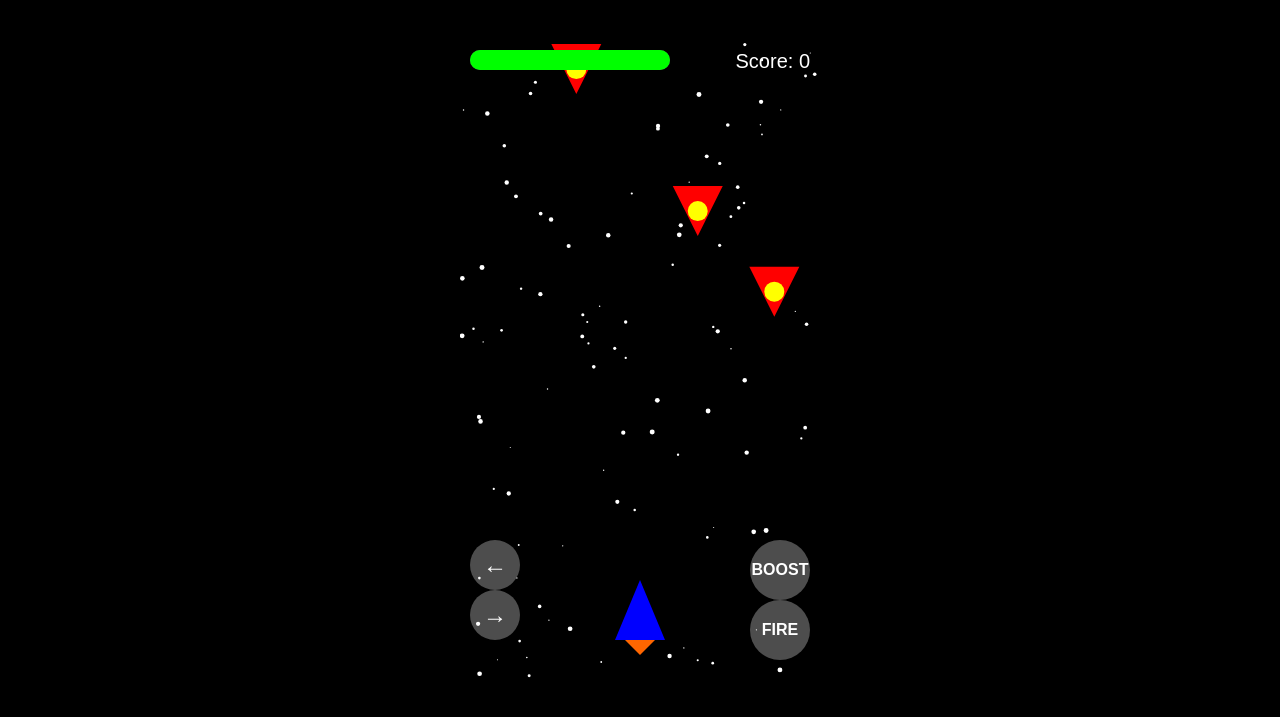
Repository: BiranOrundas/space-shooter
Page: space-shooter.html
These files come from the project's save history. The page is drawn as it stood at one moment and after the next save; the edit follows.
The browser window is 1280 px wide. The pictures show the whole page.

Above is the page before, as saved 2025-03-13 13:02:53.

### space-shooter.html
<!DOCTYPE html>
<html lang="en">
<head>
  <meta charset="UTF-8">
  <meta name="viewport" content="width=device-width, initial-scale=1.0">
  <title>Space Shooter</title>
  <style>
    body {
      margin: 0;
      overflow: hidden;
      touch-action: none;
      font-family: Arial, sans-serif;
      background-color: #000;
      display: flex;
      justify-content: center;
      align-items: center;
      height: 100vh;
    }

    #game-container {
      position: relative;
      width: 360px;
      height: 640px;
      background-color: #000;
      overflow: hidden;
      touch-action: none;
    }

    #game-canvas {
      width: 100%;
      height: 100%;
    }

    #controls {
      position: absolute;
      bottom: 20px;
      left: 0;
      width: 100%;
      display: flex;
      justify-content: space-between;
      z-index: 10;
    }

    .direction-btn {
      width: 50px;
      height: 50px;
      background-color: rgba(255, 255, 255, 0.3);
      border-radius: 50%;
      display: flex;
      justify-content: center;
      align-items: center;
      color: white;
      font-weight: bold;
      font-size: 24px;
      user-select: none;
      margin: 0 10px;
    }

    .action-btn {
      width: 60px;
      height: 60px;
      background-color: rgba(255, 255, 255, 0.3);
      border-radius: 50%;
      display: flex;
      justify-content: center;
      align-items: center;
      color: white;
      font-weight: bold;
      font-size: 16px;
      user-select: none;
      margin: 0 10px;
    }

    #life-bar-container {
      position: absolute;
      top: 10px;
      left: 10px;
      width: 200px;
      height: 20px;
      background-color: rgba(255, 255, 255, 0.3);
      border-radius: 10px;
    }

    #life-bar {
      height: 100%;
      width: 100%;
      background-color: #0f0;
      border-radius: 10px;
      transition: width 0.3s;
    }

    #score {
      position: absolute;
      top: 10px;
      right: 10px;
      color: white;
      font-size: 20px;
    }

    #game-over {
      position: absolute;
      top: 0;
      left: 0;
      width: 100%;
      height: 100%;
      background-color: rgba(0, 0, 0, 0.8);
      display: none;
      flex-direction: column;
      justify-content: center;
      align-items: center;
      color: white;
      font-size: 30px;
      z-index: 20;
    }

    #restart-btn {
      margin-top: 20px;
      padding: 10px 20px;
      background-color: #0f0;
      color: black;
      border: none;
      border-radius: 5px;
      font-size: 18px;
      cursor: pointer;
    }

    .star {
      position: absolute;
      background-color: white;
      border-radius: 50%;
    }
  </style>
</head>
<body>
  <div id="game-container">
    <div id="life-bar-container">
      <div id="life-bar"></div>
    </div>
    <div id="score">Score: 0</div>
    <canvas id="game-canvas"></canvas>

    <div id="controls">
      <div id="movement-controls">
        <div class="direction-btn" id="left-btn">←</div>
        <div class="direction-btn" id="right-btn">→</div>
      </div>
      <div id="action-controls">
        <div class="action-btn" id="boost-btn">BOOST</div>
        <div class="action-btn" id="shoot-btn">FIRE</div>
      </div>
    </div>

    <div id="game-over">
      <div>GAME OVER</div>
      <div id="final-score">Score: 0</div>
      <button id="restart-btn">Restart</button>
    </div>
  </div>

  <script>
    // Game setup
    const canvas = document.getElementById('game-canvas');
    const ctx = canvas.getContext('2d');

    // Set canvas dimensions to match container
    const container = document.getElementById('game-container');
    canvas.width = container.clientWidth;
    canvas.height = container.clientHeight;

    // Game variables
    let score = 0;
    let gameOver = false;
    let animationId;

    // Player variables
    const player = {
      x: canvas.width / 2 - 25,
      y: canvas.height - 100,
      width: 50,
      height: 60,
      speed: 5,
      boostedSpeed: 10,
      isBoosting: false,
      life: 100,
      color: '#00f',
      cooldown: 0,
      lastShot: 0
    };

    // Game elements arrays
    const bullets = [];
    const enemies = [];
    const stars = [];

    // Control variables
    let leftPressed = false;
    let rightPressed = false;
    let shootPressed = false;
    let boostPressed = false;

    // Generate stars for background
    function createStars() {
      const starCount = 100;
      for (let i = 0; i < starCount; i++) {
        stars.push({
          x: Math.random() * canvas.width,
          y: Math.random() * canvas.height,
          size: Math.random() * 2 + 0.5,
          speed: Math.random() * 2 + 0.9
        });
      }
    }

    if(boostPressed === true){
        function createStars() {
      const starCount = 100;
      for (let i = 0; i < starCount; i++) {
        stars.push({
          x: Math.random() * canvas.width,
          y: Math.random() * canvas.height,
          size: Math.random() * 2 + 0.5,
          speed: Math.random() * 2 + 3.9
        });
      }
    }
        }else{

        }

    // Draw player's spaceship
    function drawPlayer() {
      // Draw player ship
      ctx.fillStyle = player.color;

      // Ship body
      ctx.beginPath();
      ctx.moveTo(player.x + player.width / 2, player.y);
      ctx.lineTo(player.x + player.width, player.y + player.height);
      ctx.lineTo(player.x, player.y + player.height);
      ctx.closePath();
      ctx.fill();

      // Engine flames
      if (player.isBoosting) {
        ctx.fillStyle = '#ff0';
      } else {
        ctx.fillStyle = '#f60';
      }

      const flameHeight = player.isBoosting ? 30 : 15;
      ctx.beginPath();
      ctx.moveTo(player.x + 10, player.y + player.height);
      ctx.lineTo(player.x + player.width / 2, player.y + player.height + flameHeight);
      ctx.lineTo(player.x + player.width - 10, player.y + player.height);
      ctx.closePath();
      ctx.fill();
    }

    // Create a bullet
    function shootBullet() {
      const now = Date.now();
      if (now - player.lastShot > 300) { // Cooldown in ms
        bullets.push({
          x: player.x + player.width / 2 - 3,
          y: player.y,
          width: 1,
          height: 15,
          speed: 10,
          color: '#f00'
        });
        player.lastShot = now;
      }
    }

    // Draw bullets
    function drawBullets() {
      bullets.forEach(bullet => {
        ctx.fillStyle = bullet.color;
        ctx.fillRect(bullet.x, bullet.y, bullet.width, bullet.height);
      });
    }

    // Create enemy ships
    function spawnEnemy() {
      if (Math.random() < 0.02 && !gameOver) {
        enemies.push({
          x: Math.random() * (canvas.width - 50),
          y: -50,
          width: 50,
          height: 50,
          speed: Math.random() * 2 + 1
        });
      }
    }

    // Draw enemy ships
    function drawEnemies() {
      enemies.forEach(enemy => {
        // Enemy ship body
        ctx.fillStyle = '#f00';
        ctx.beginPath();
        ctx.moveTo(enemy.x + enemy.width / 2, enemy.y + enemy.height);
        ctx.lineTo(enemy.x + enemy.width, enemy.y);
        ctx.lineTo(enemy.x, enemy.y);
        ctx.closePath();
        ctx.fill();

        // Enemy details
        ctx.fillStyle = '#ff0';
        ctx.beginPath();
        ctx.arc(enemy.x + enemy.width / 2, enemy.y + enemy.height / 2, 10, 0, Math.PI * 2);
        ctx.fill();
      });
    }

    // Draw stars background
    function drawStars() {
      ctx.fillStyle = 'white';
      stars.forEach(star => {
        ctx.beginPath();
        ctx.arc(star.x, star.y, star.size, 0, Math.PI * 2);
        ctx.fill();
      });
    }

    // Update star positions
    function updateStars() {
      stars.forEach(star => {
        star.y += star.speed;
        if (star.y > canvas.height) {
          star.y = 0;
          star.x = Math.random() * canvas.width;
        }
      });
    }

    // Update game elements
    function updateGameElements() {
      // Update player position
      if (leftPressed && player.x > 0) {
        player.x -= player.isBoosting ? player.boostedSpeed : player.speed;
      }
      if (rightPressed && player.x < canvas.width - player.width) {
        player.x += player.isBoosting ? player.boostedSpeed : player.speed;
      }

      // Update bullets
      for (let i = 0; i < bullets.length; i++) {
        bullets[i].y -= bullets[i].speed;

        // Remove bullets that are off screen
        if (bullets[i].y < 0) {
          bullets.splice(i, 1);
          i--;
        }
      }

      // Update enemies
      for (let i = 0; i < enemies.length; i++) {
        enemies[i].y += enemies[i].speed;

        // Check for collision with player
        if (
          player.x < enemies[i].x + enemies[i].width &&
          player.x + player.width > enemies[i].x &&
          player.y < enemies[i].y + enemies[i].height &&
          player.y + player.height > enemies[i].y
        ) {
          // Player hit by enemy
          player.life -= 30;
          updateLifeBar();

          // Remove enemy
          enemies.splice(i, 1);
          i--;

          // Check game over
          if (player.life <= 0) {
            endGame();
          }

          continue;
        }

        // Check for bullets hitting enemies
        for (let j = 0; j < bullets.length; j++) {
          if (
            bullets[j].x < enemies[i].x + enemies[i].width &&
            bullets[j].x + bullets[j].width > enemies[i].x &&
            bullets[j].y < enemies[i].y + enemies[i].height &&
            bullets[j].y + bullets[j].height > enemies[i].y
          ) {
            // Enemy hit by bullet
            score += 10;
            updateScore();

            // Remove enemy and bullet
            enemies.splice(i, 1);
            bullets.splice(j, 1);
            i--;
            break;
          }
        }

        // Remove enemies that are off screen
        if (enemies[i] && enemies[i].y > canvas.height) {
          enemies.splice(i, 1);
          i--;
        }
      }
    }

    // Update life bar
    function updateLifeBar() {
      const lifeBar = document.getElementById('life-bar');
      lifeBar.style.width = `${player.life}%`;

      // Change color based on life
      if (player.life > 60) {
        lifeBar.style.backgroundColor = '#0f0';
      } else if (player.life > 30) {
        lifeBar.style.backgroundColor = '#ff0';
      } else {
        lifeBar.style.backgroundColor = '#f00';
      }
    }

    // Update score display
    function updateScore() {
      document.getElementById('score').textContent = `Score: ${score}`;
    }

    // Game over
    function endGame() {
      gameOver = true;
      document.getElementById('game-over').style.display = 'flex';
      document.getElementById('final-score').textContent = `Score: ${score}`;
      cancelAnimationFrame(animationId);
    }

    // Main game loop
    function gameLoop() {
      // Clear canvas
      ctx.fillStyle = '#000';
      ctx.fillRect(0, 0, canvas.width, canvas.height);

      // Draw stars
      drawStars();
      updateStars();

      // Spawn enemies
      spawnEnemy();

      // Update game elements
      updateGameElements();

      // Fire bullet if shoot button is pressed
      if (shootPressed) {
        shootBullet();
      }

      // Draw game elements
      drawPlayer();
      drawBullets();
      drawEnemies();

      // Continue game loop
      if (!gameOver) {
        animationId = requestAnimationFrame(gameLoop);
      }
    }

    // Event listeners for keyboard controls
    document.addEventListener('keydown', (e) => {
      if (e.key === 'ArrowLeft' || e.key === 'a') leftPressed = true;
      if (e.key === 'ArrowRight' || e.key === 'd') rightPressed = true;
      if (e.key === ' ' || e.key === 'Enter') shootPressed = true;
      if (e.key === 'Shift') {
        boostPressed = true;
        player.isBoosting = true;
      }
    });

    document.addEventListener('keyup', (e) => {
      if (e.key === 'ArrowLeft' || e.key === 'a') leftPressed = false;
      if (e.key === 'ArrowRight' || e.key === 'd') rightPressed = false;
      if (e.key === ' ' || e.key === 'Enter') shootPressed = false;
      if (e.key === 'Shift') {
        boostPressed = false;
        player.isBoosting = false;
      }
    });

    // Touch controls
    const leftBtn = document.getElementById('left-btn');
    const rightBtn = document.getElementById('right-btn');
    const shootBtn = document.getElementById('shoot-btn');
    const boostBtn = document.getElementById('boost-btn');

    leftBtn.addEventListener('touchstart', (e) => {
      e.preventDefault();
      leftPressed = true;
    });

    leftBtn.addEventListener('touchend', (e) => {
      e.preventDefault();
      leftPressed = false;
    });

    rightBtn.addEventListener('touchstart', (e) => {
      e.preventDefault();
      rightPressed = true;
    });

    rightBtn.addEventListener('touchend', (e) => {
      e.preventDefault();
      rightPressed = false;
    });

    shootBtn.addEventListener('touchstart', (e) => {
      e.preventDefault();
      shootPressed = true;
    });

    shootBtn.addEventListener('touchend', (e) => {
      e.preventDefault();
      shootPressed = false;
    });

    boostBtn.addEventListener('touchstart', (e) => {
      e.preventDefault();
      boostPressed = true;
      player.isBoosting = true;
    });

    boostBtn.addEventListener('touchend', (e) => {
      e.preventDefault();
      boostPressed = false;
      player.isBoosting = false;
    });

    // Mouse controls (for testing on desktop)
    leftBtn.addEventListener('mousedown', () => {
      leftPressed = true;
    });

    leftBtn.addEventListener('mouseup', () => {
      leftPressed = false;
    });

    rightBtn.addEventListener('mousedown', () => {
      rightPressed = true;
    });

    rightBtn.addEventListener('mouseup', () => {
      rightPressed = false;
    });

    shootBtn.addEventListener('mousedown', () => {
      shootPressed = true;
    });

    shootBtn.addEventListener('mouseup', () => {
      shootPressed = false;
    });

    boostBtn.addEventListener('mousedown', () => {
      boostPressed = true;
      player.isBoosting = true;
    });

    boostBtn.addEventListener('mouseup', () => {
      boostPressed = false;
      player.isBoosting = false;
    });

    // Restart game
    document.getElementById('restart-btn').addEventListener('click', () => {
      // Reset game state
      score = 0;
      gameOver = false;
      player.life = 100;
      player.x = canvas.width / 2 - 25;
      player.y = canvas.height - 100;
      player.isBoosting = false;

      // Clear arrays
      bullets.length = 0;
      enemies.length = 0;

      // Update UI
      updateScore();
      updateLifeBar();

      // Hide game over screen
      document.getElementById('game-over').style.display = 'none';

      // Start game loop
      gameLoop();
    });

    // Initialize game
    function initGame() {
      createStars();
      updateLifeBar();
      gameLoop();
    }

    // Start the game
    window.addEventListener('load', initGame);
  </script>
</body>
</html>

After the next save:
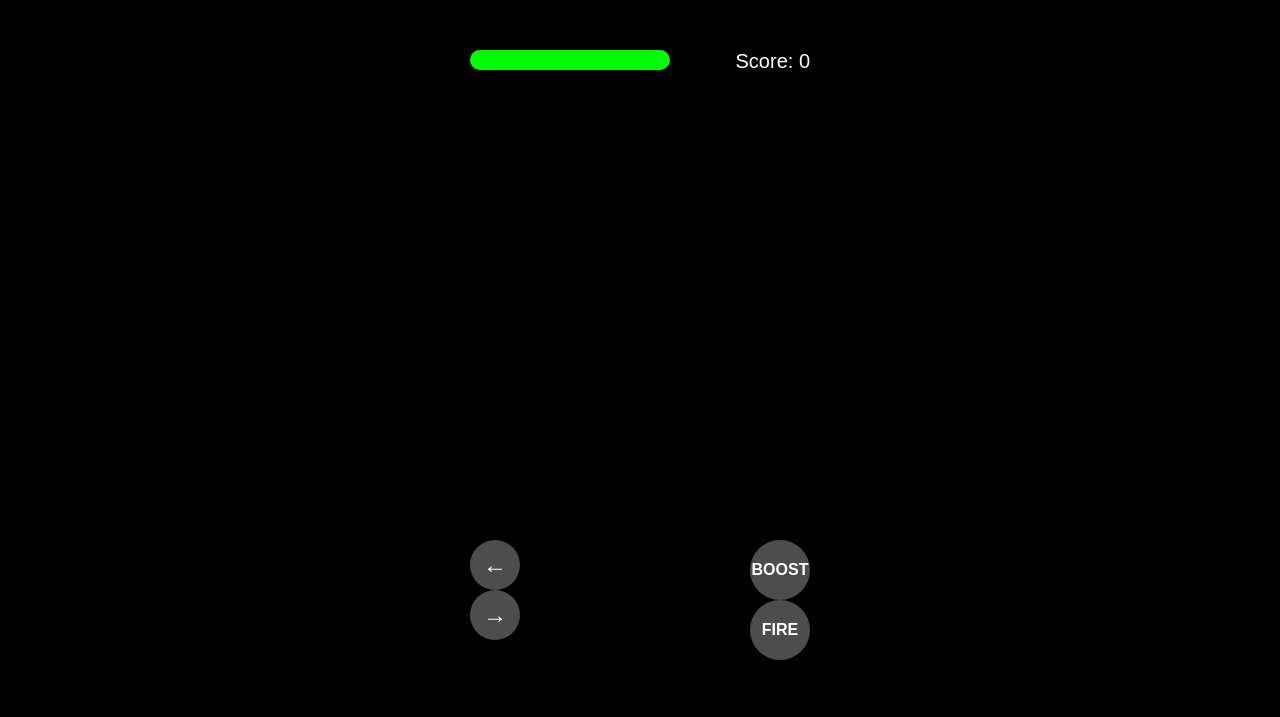
Console error: SyntaxError: Unexpected token ':'
Saved 2 min 6 s later.
--- a/space-shooter.html
+++ b/space-shooter.html
@@ -211,21 +211,11 @@
       }
     }
 
-    if(boostPressed === true){
-        function createStars() {
-      const starCount = 100;
-      for (let i = 0; i < starCount; i++) {
-        stars.push({
-          x: Math.random() * canvas.width,
-          y: Math.random() * canvas.height,
-          size: Math.random() * 2 + 0.5,
-          speed: Math.random() * 2 + 3.9
-        });
-      }
-    }
-        }else{
-
-        }
+    if (player.isBoosting) {
+        stars.speed: Math.random() * 2 + 3.9
+      } else {
+        ctx.fillStyle = '#f60';
+      }
 
     // Draw player's spaceship
     function drawPlayer() {

After the save that followed:
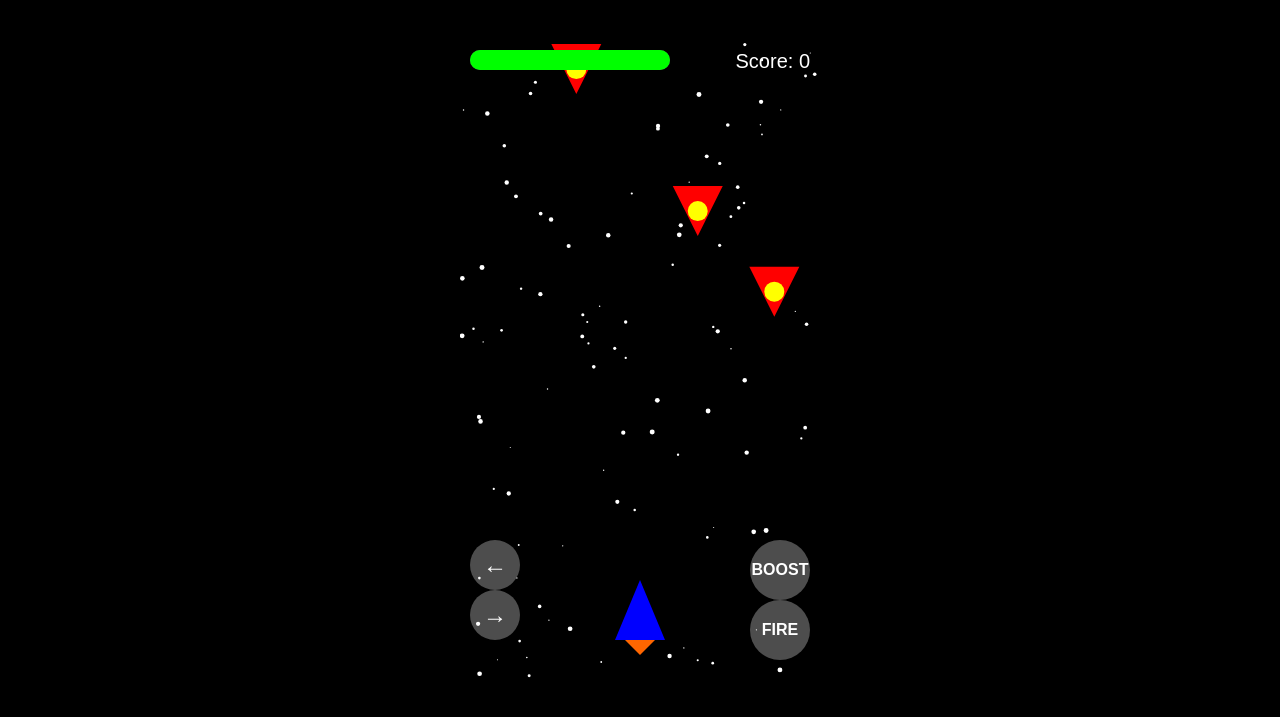
The error is gone.
Saved 22 s later.
--- a/space-shooter.html
+++ b/space-shooter.html
@@ -212,7 +212,13 @@
     }
 
     if (player.isBoosting) {
-        stars.speed: Math.random() * 2 + 3.9
+
+         stars.push({
+          x: Math.random() * canvas.width,
+          y: Math.random() * canvas.height,
+          size: Math.random() * 2 + 0.5,
+          speed: Math.random() * 2 + 3.9
+        });
       } else {
         ctx.fillStyle = '#f60';
       }
